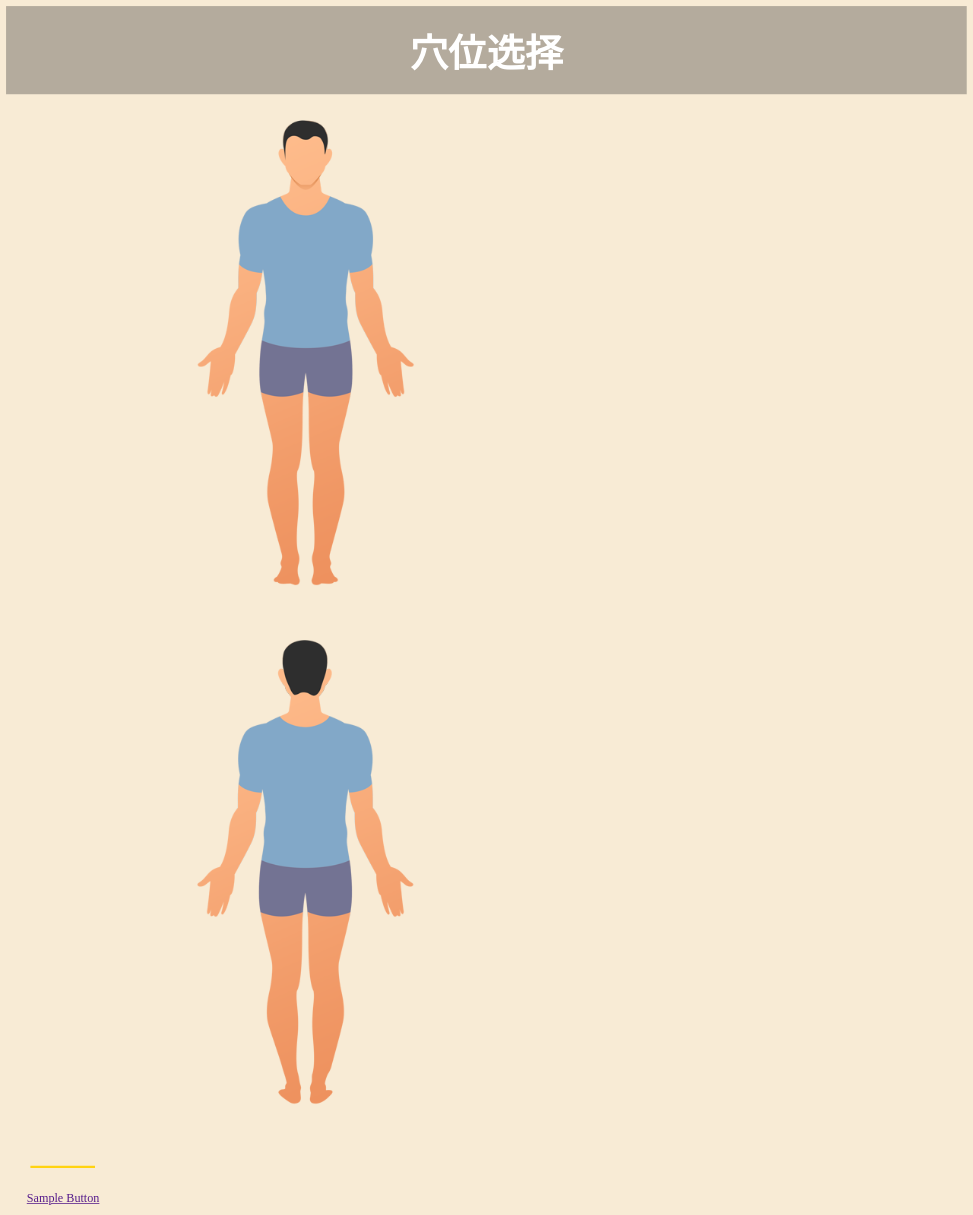
Repository: chjyume/zhongyi
Page: xuewei.html
These files come from the project's save history. The page is drawn as it stood at one moment and after the next save; the edit follows.
The browser window is 1280 px wide. The pictures show the whole page, at 76% of full size.

Above is the page before, as saved 2023-09-12 19:43:59.

After the next save:
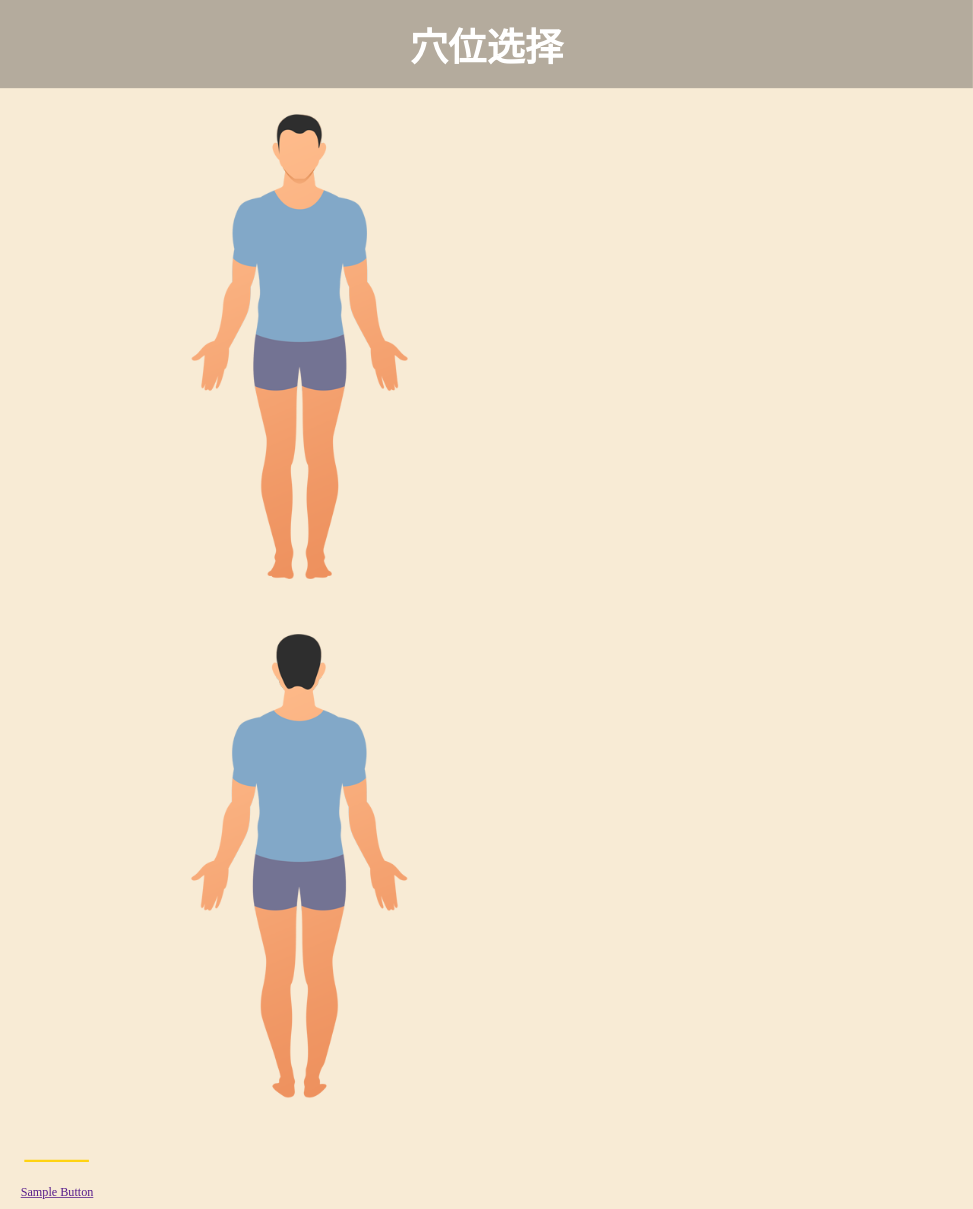
Saved 63 s later.
--- a/css/xuewei.css
+++ b/css/xuewei.css
@@ -1,5 +1,7 @@
 body{
     background-color: rgb(248, 235, 213);
+    margin: 0;
+    padding: 0;
 }
 .top-bar {
 background-color: #33333358;
